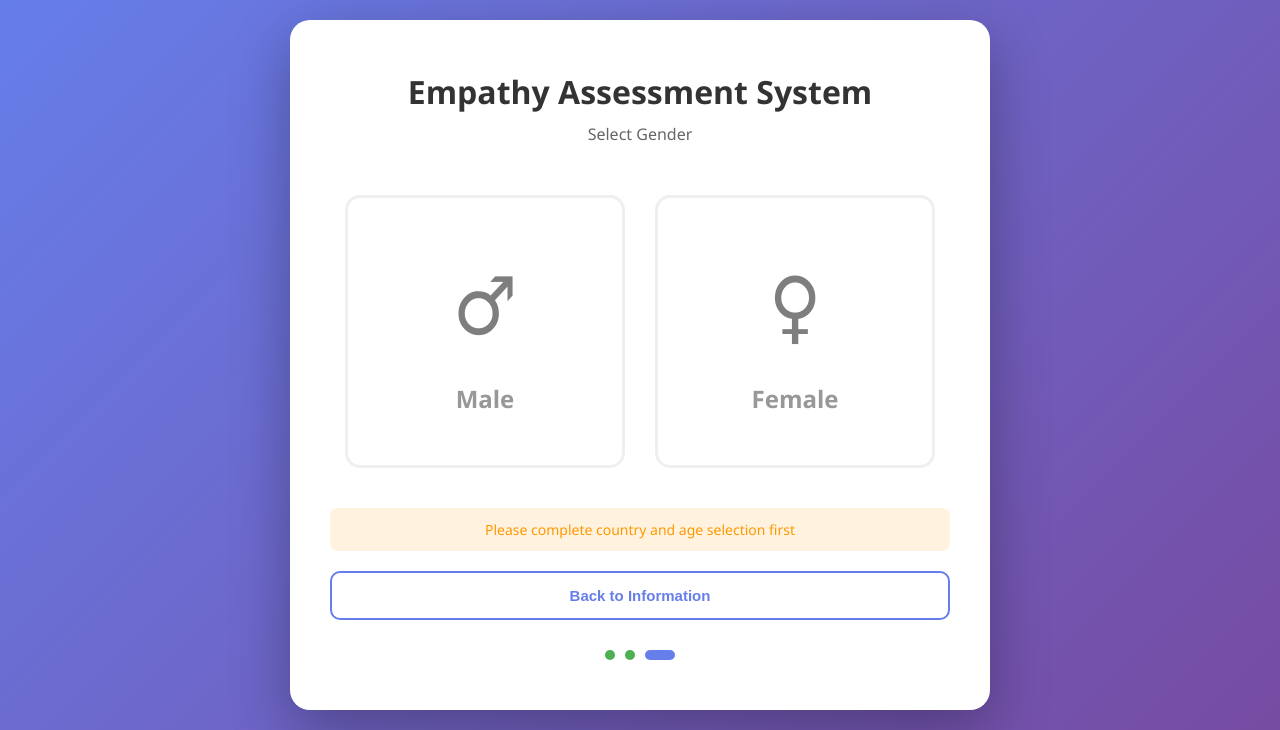
Repository: Matsuyou-Wang/MPES-system
Page: gender-selection.html
The author's editor kept a copy of each file at every save. The page is drawn from the files as they stood at one save, then again after the next save.
The browser window is 1280 px wide. The pictures show the whole page.

Above is the page before, as saved 2025-11-25 13:49:24.

After the next save:
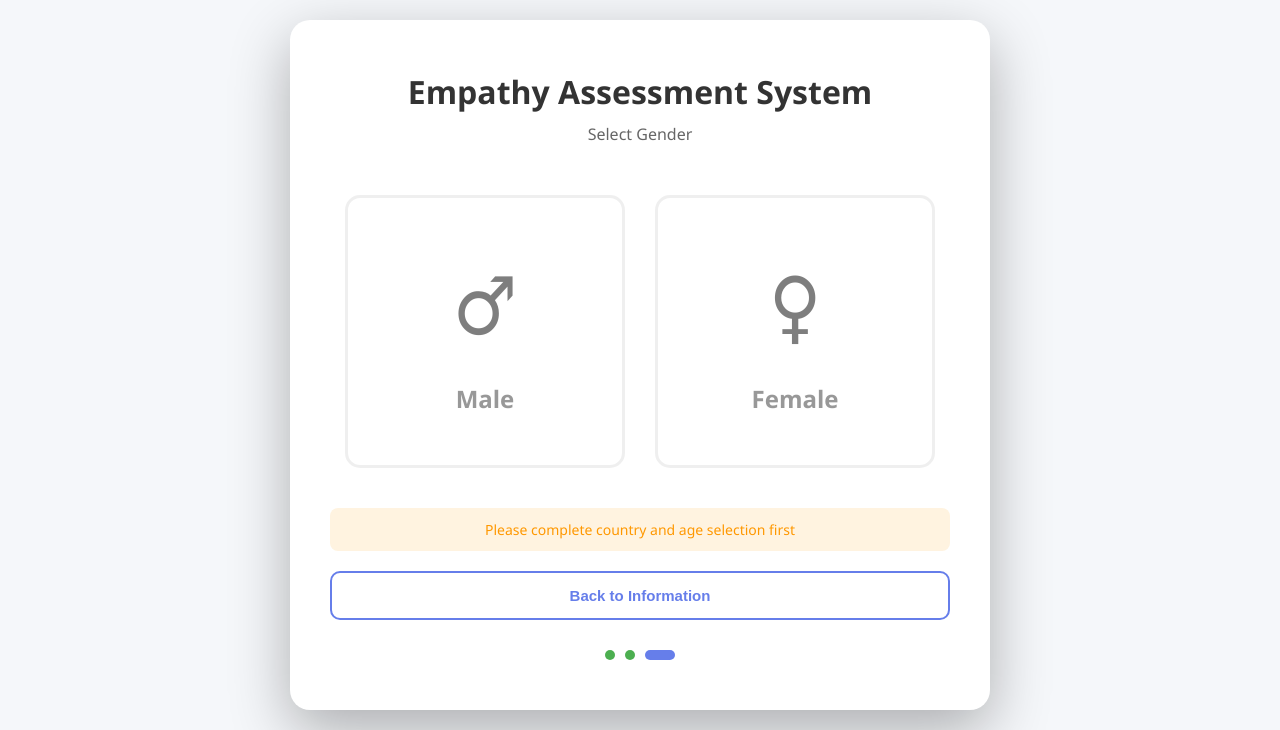
Saved 77 s later.
--- a/gender-selection.html
+++ b/gender-selection.html
@@ -13,7 +13,7 @@
 
         body {
             font-family: 'Segoe UI', Tahoma, Geneva, Verdana, sans-serif;
-            background: linear-gradient(135deg, #667eea 0%, #764ba2 100%);
+            background: #f5f7fa;
             min-height: 100vh;
             display: flex;
             justify-content: center;
@@ -81,7 +81,7 @@
             left: 0;
             right: 0;
             bottom: 0;
-            background: linear-gradient(135deg, rgba(102, 126, 234, 0.05) 0%, rgba(118, 75, 162, 0.05) 100%);
+            background: rgba(0, 123, 255, 0.05);
             opacity: 0;
             transition: opacity 0.3s ease;
         }
@@ -93,7 +93,7 @@
         .gender-option:hover:not(.disabled) {
             transform: translateY(-8px);
             box-shadow: 0 15px 35px rgba(0, 0, 0, 0.2);
-            border-color: #667eea;
+            border-color: #007BFF;
         }
 
         .gender-icon {
